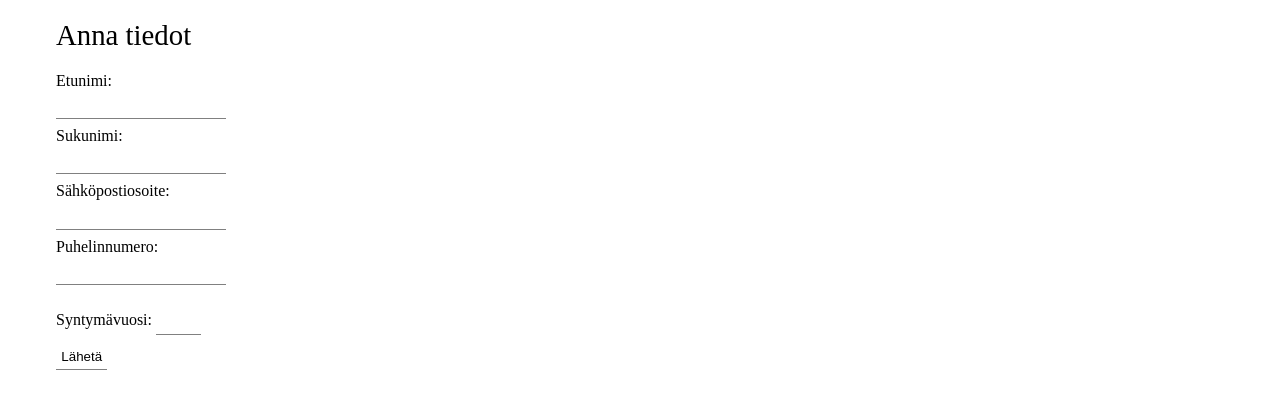
Repository: sirkian/ohj2-t4
Page: http://localhost/Tehtava3/kysy.jsp
An editor plug-in stored every save of this project. The page is shown before and after the next save, followed by the edit.
The browser window is 1280 px wide. The pictures show the whole page.
The page is served by Tomcat 9.

Above is the page before, as saved 2022-03-23 13:47:14.

After the next save:
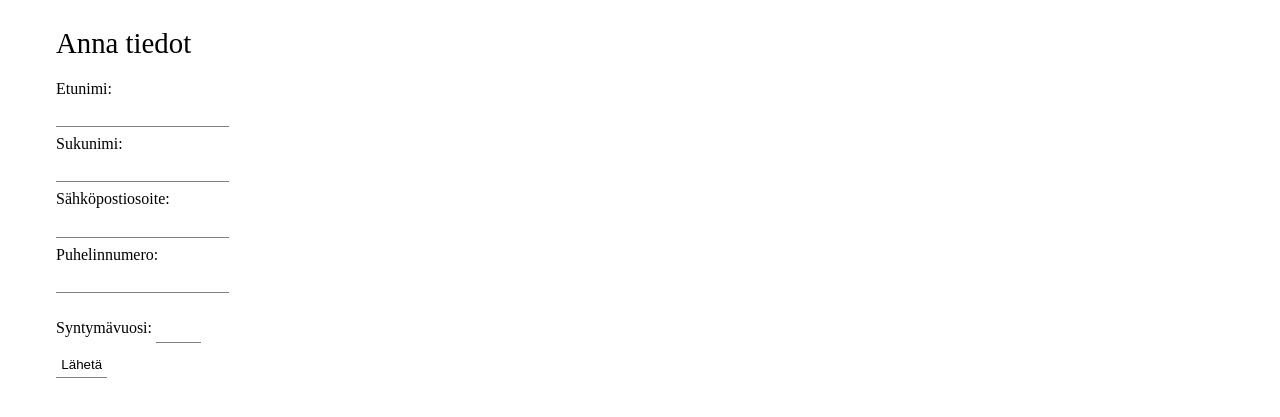
Saved 27 s later.
--- a/Tehtava3/src/main/webapp/kysy.jsp
+++ b/Tehtava3/src/main/webapp/kysy.jsp
@@ -11,6 +11,7 @@
 		margin: 0;
 		padding: 0 3em;
 		width: 20%;
+		position: absolute;
 	}
 	input[type=text],
 	input[type=email] {
@@ -29,7 +30,7 @@
 		background-color: white;
 		border: none;
 		border-bottom: 1px solid gray;
-		position: absolute;
+		position: relative;
 	}
 	input[type=submit]:hover {
 		background-color: lightgray;
